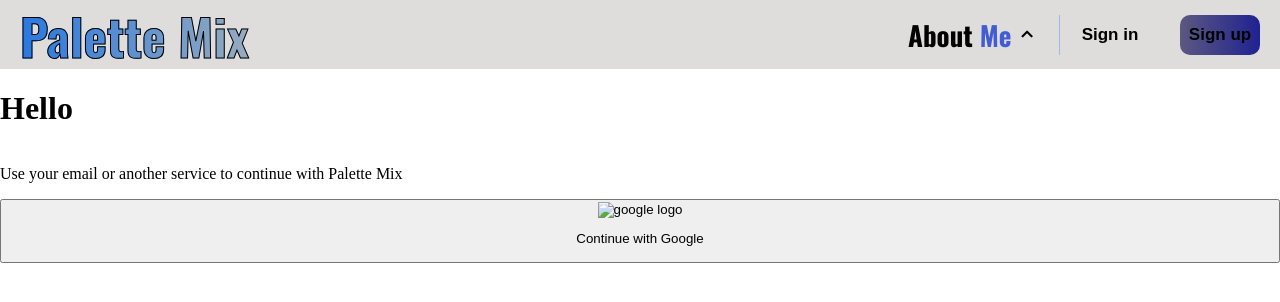
Repository: dmpelaez/Login-Signup-form
Page: Color/colorHeader.html
The author's editor kept a copy of each file at every save. The page is drawn from the files as they stood at one save, then again after the next save.
The browser window is 1280 px wide. The pictures show the window.
A layer covers the whole window, so only the first screen is drawn. Some web libraries are served in a nearby version.

Above is the page before, as saved 2025-12-13 07:02:43.

### Color/colorHeader.html
<!DOCTYPE html>

  <html lang="en" dir="ltr">

    <head>

      <title>Palette Mix</title>
      <!--Style-->
      <link rel="stylesheet" href="colorHeader.css">
      <link rel="stylesheet" href="colorMain.css">
      <link rel="stylesheet" href="https://cdnjs.cloudflare.com/ajax/libs/font-awesome/5.14.0/css/all.min.css">
    </head>
    <body>

      <header class="color-header">
        <!--Title-->
        <a href="colorHeader.html">
          <section id="title" class="color-title">
            Palette Mix
          </section>
        </a>

        <!--End-->

        <!--Right side navigation bar-->
        <section class="navigation-bar">

          <!--About me-->
          <button class="about-me">
           <span class="aboutme">About <span class="me-text">Me</span></span>
           <i class="fas fa-chevron-up"></i>

          </button>

          <!--Login & Signup form-->
          <div class="signin-signup">
            <button class="sign-in">
              Sign in
            </button>
            <button class="sign-up">
              Sign up
            </button>
          </div>
        </section>
        <!--End-->
        <div class="aboutmeSection">
          <div class="sectionAboutme">

            <img class="imageofme" alt="Creator Image" src="WIN_20241001_13_05_33_Pro.jpg">
            <P class="gd">Good day!</P>
            <p class="introduction">
              I am Delmar Galibo Pelaez, 19 years old from Manila, Philippines.
              I am a self-taught programmer who decided to study HTML, CSS and JavaScript to become
              a web developer and I'm hoping to thrive and learn more about on this field to create and serve to others.
            </p>

          </div>

          <div class="aboutThisProject">
            <h2 class="info-project">Palette Mix</h2>
            <p class="infoPalette">
              This project is only created for fun and to challenge myself to create different projects so as to improve skills in web development.
              The creation of Palette Mix started when I'm searching for a project to do because I always hear other programmers that to improve quickly and effieciently --
              you need to create your own projects. Palette Mix is about generating different colors that can be use to mix and create a great layout design for a websites!
            </p>
          </div>

          <div class="connectSection">
            <div class="contacts">
              <h2 class="connect-text">Connect:</h2>
              <a class="githubLink" href="https://github.com/dmpelaez" target="_blank">
                 <img class="github" alt="Github" src="download__1_-removebg-preview.png">
              </a>
              <a class="facebook"  href="#" target="_blank">
                <img class="fb"  alt="Facebook" src="facebook-logo (1).png">
              </a>
            </div>

          </div>

        </div>

        <!--Sign in -->

        <div class="signinPage">

          <div class="signinBox">

            <h1 class="hello-text">Hello</h1>
            <p class="email-account">
              Use your email or another service to continue with Palette Mix
            </p>

            <button class="google">
              <div class="google2">
                <img alt="google logo" href="#">
                <p class="continue-text">Continue with Google</p>
              </div>
            </button>

          </div>

        </div>


      </header>

      <main class="mainpage">

        <!--Main page-->
        <div class="main-page">

          <section class="title1">

            <h1 class="intro">Your color palettes generator!</h1>

            <h3 class="little-info">Create the perfect palette and get inspired by thousands of beautiful color schemes.</h3>
            <div class="sliding">
              <div class="colors">
              </div>
              <div class="colors2">
              </div>
              <div class="colors3">
              </div>
               <div class="colors4">
              </div>
            </div>

            <div class="colorSearch">
              <input type="color" class="colorbox">
              <Input type="text"  class="textbox">
              <img class="brush" src="brush.png">
              <img class="plate" src="plate.png">
              <img class="board" src="board.png">
                <div class="comment-section">
                  <h3 class="comment-text">Comment Here!</h3>
                  <ul class="comment-list"></ul>
                  <textarea class="comment-input" placeholder="Add Comment here..."></textarea>
                </div>
              </img>

            </div>

            <button class="generator">
              <i class="fas fa-palette"></i>
              Generate
            </button>
          </section>


        </div>

        <div class="theWhole">
          <div class="paletteText">Palette Mix</div>
          <div class="colorGenerator">
          </div>

          <div class="wholeDesign">
          <i id="leftIcon" class="fas fa-angle-left"></i>
              <div class="divBox">

            <!--Design 1-->


            <div class="divScroll">
              <div  class="div1">
                <div id="randomBox1" class="divpage1">
                  <header id="randomBox2" class="headerDiv1">Header</header>
                  <main  id="randomBox3" class="mainDiv1">
                    <div id="randomBox4" class="asideDiv1">Aside</div>
                    <div id="randomBox5" class="frontDiv1">Main</div>
                  </main>
                  <footer id="randomBox7" class="footerDiv1">Footer</footer>
                </div>
              </div>
              <!--Design 2-->
              <div  class="div2">
                <div id="randomBox1" class="divpage2">
                  <header id="randomBox2" class="headerDiv2">Header</header>
                    <div id="randomBox4" class="asideDiv2">Aside</div>
                    <div id="randomBox5" class="frontDiv2">Main</div>
                  <footer id="randomBox7" class="footerDiv2">Footer</footer>
                </div>
              </div>

              <!--Design 3-->

              <div  class="div3">
                <div id="randomBox1" class="divpage3">
                  <header id="randomBox2" class="headerDiv3">Header</header>
                    <div class="navBar">Navigation</div>
                    <div id="randomBox4" class="asideDiv3">Aside</div>
                    <div id="randomBox4" class="asideDiv32">Aside</div>
                    <div id="randomBox5" class="frontDiv3">Main</div>

                  <footer id="randomBox7" class="footerDiv3">Footer</footer>
                </div>
              </div>

            </div>
          </div>
          <i id="rightIcon"class="fas fa-angle-right"></i>



        </div>

        </div>


      </main>


      <script type="module" src="color.js"></script>

    </body>

  </html>

### Color/colorHeader.css
@import url('https://fonts.googleapis.com/css2?family=Anton&family=Oswald:wght@200..700&family=Poppins:ital,wght@0,100;0,200;0,300;0,400;0,500;0,600;0,700;0,800;0,900;1,100;1,200;1,300;1,400;1,500;1,600;1,700;1,800;1,900&family=Roboto:ital,wght@0,100..900;1,100..900&display=swap');

body {
  margin: 0;
  padding: 0;
}

.color-header {
  display: flex;
  justify-content: space-between;
  align-items: center;
  padding-left: 20px;
  padding-right: 20px;
  background: rgb(223, 220, 220);
  box-sizing: border-box;
  position: fixed;
  right: 0;
  left: 0;
  top: 0;
  height: 70px;
  border-bottom: 1px solid gray;
  z-index: 2;
}
@media (max-width: 670px) {
  .color-header {
    gap: 30px;
  }
}

a {
  text-decoration: none;
  flex-shrink: 0;
}

.color-title {
font-family: "Oswald", sans-serif;
font-weight: bold;
display: flex;
height: 50px;
font-size: 50px;
justify-content: start;
align-items: center;
-webkit-text-stroke: 1px black;
background: linear-gradient(90deg, rgb(41, 120, 224), rgb(150, 171, 190));
-webkit-background-clip: text;
-webkit-text-fill-color: transparent;
transition: all 0.3s ease;
cursor: pointer;
flex-shrink: 0;
}




.navigation-bar {
  display: Flex;
  justify-content: space-between;
  align-items: center;
  gap: 20px;
  height: 50px;
}
.signin-signup {
  display: Flex;
  border-left: 1px solid rgb(162, 183, 240);
  justify-content: space-between;
  align-items: center;
  gap: 30px;
  height: 40px;
  padding-left: 10px;
}

.sign-up {
  height: 40px;
  width: 80px;
  border-radius: 10px;
  border: none;
  background: transparent;
  color: black;
  font-family: arial;
  font-weight: bold;
  font-size: 17px;
  cursor: pointer;
  background: linear-gradient(90deg, rgb(92, 88, 129), rgb(32, 34, 145));
}
.sign-in {
  height: 40px;
  width: 80px;
  border-radius: 10px;
  border: none;
  background: transparent;
  color: black;
  font-family: arial;
  font-weight: bold;
  font-size: 17px;
  cursor: pointer;

}
.sign-in:hover,
.sign-up:hover {
background: linear-gradient(90deg, rgb(92, 88, 129), rgb(32, 34, 145));
  color: white;
}
.about-me {
  display: flex;
  justify-content: space-evenly;
  height: 40px;
  align-items: center;
  background-color: transparent;
  border: none;
  cursor: pointer;
  border-radius: 5px;
  flex-shrink: 0;
}
.about-me:hover {
  color: white;
  background: linear-gradient(90deg, rgb(92, 88, 129), rgb(32, 34, 145));
}
.aboutme {
  font-weight: bold;
  font-size: 27px;
  font-family: "Oswald";

}

.me-text {
  margin-right: 10px;
  color: rgb(66, 93, 212);
}

### Color/colorMain.css
@import url('https://fonts.googleapis.com/css2?family=Anton&family=Luckiest+Guy&family=Oswald:wght@200..700&family=Poppins:ital,wght@0,100;0,200;0,300;0,400;0,500;0,600;0,700;0,800;0,900;1,100;1,200;1,300;1,400;1,500;1,600;1,700;1,800;1,900&family=Roboto:ital,wght@0,100..900;1,100..900&display=swap');

body {
  height: 1580px;
}

.mainpage {
margin-top: 70px;
display: grid;
max-width: 1900px;
flex-shrink: 0;
position: relative;
}



.main-page {

}
.intro {
  font-weight: bold;
  font-size: 95px;
  white-space: wrap;
  font-family: "Oswald";
  flex-shrink: 0;
  display: flex;
  margin: 0px;
}


.aboutmeSection {
  display: grid;
  position: absolute;
  border: 1px solid black;
  background-color: rgb(39, 37, 37);
  left: 0;
  top: 100%;
  right: 0%;
  border-top: none;
  height: 0px;
  opacity: 1;
  justify-content: space-between;
  align-items: center;
  grid-template-columns: 1fr 1fr;
  grid-template-rows: 1fr 100px;
  overflow: hidden;
  transition: height 0.3s ease;
}


.aboutmeSection.btnDown {
  display: grid;
  opacity: 1;
  height: 520px;
  transition: height 0.3s ease;
}


.sectionAboutme {
  display: flex;
  height: 200px;
  justify-content: center;
 align-items: center;
 position: relative;
 gap: 20px;
 padding-left: 40px;
}
.imageofme {
  width: 350px;
  height: 350px;
  object-fit: cover;
  border-radius: 50%;
  display: flex;
}
.introduction {
  width: 350px;
  font-family: "Oswald";
  color: white;
  display: flex;
}
.connectSection {
  grid-column: 1 / 2 span;
  display: flex;
  background: linear-gradient(90deg, rgb(92, 88, 129), rgb(32, 34, 145));
}
.contacts {
  display: flex;
  padding-left: 20px;
  align-items: center;
}
.gd {
  font-weight: bold;
  font-size: 40px;
  white-space: nowrap;
  position: absolute;
  display: flex;
  top: -90px;
  left: 410px;
  color: white;
  font-family: "Oswald";
}

.fb {
  width: 20px;
  display: flex;
  margin-left: 20px;
}
.github {
  width: 45px;
  margin-left: 20px;
  display: flex;
}
.connect-text {
  font-family: "Oswald";
  font-size: 15px;
  display: flex;
}
.info-project {
  color: white;
  font-weight: bold;
  font-family: "Oswald";
  font-size: 40px;
  margin: 0px;
  display: flex;
  margin-right: 120px;
}
.aboutThisProject {
  display: flex;
  flex-direction: column;
  justify-content: center;
  align-items: center;
  margin-bottom: 40px;
}
.infoPalette {
  color: white;
  font-family: "Oswald";
  width: 400px;
  display: flex;
}



.title1 {
  display: flex;
  flex-direction: column;
    width: 100%;
  height: 800px;
  justify-content: start;
  position: relative;
  padding-top: 50px;
  align-items: center;
 background: linear-gradient(90deg, rgb(92, 88, 129), rgb(32, 34, 145));
 transition: background 6s ease;

}


.animate-gradient {
  animation: gradientShift 6s infinite alternate;
}

.little-info {

  font-size: 19px;
  color: rgb(0, 0, 0);
  font-family: "Poppins";
}

.letters {
  display: inline-block;
  margin: 2px;
}

.letters:hover {
  cursor: pointer;
  transition: text-shadow 0.3s ease;

  animation: wiggle 0.2s infinite alternate;
}


@keyframes wiggle {
  from {transform: translateX(0);}
  to {transform: translateX(-10px);}
}
.colors,
.colors2,
.colors3,
.colors4  {
  display: flex;

   width: 500px;
  height: 150px;
  justify-content: center;

   gap: 10px;
}
.colors div,
.colors2 div,
.colors3 div,
.colors4 div {
  display: Flex;
  height: 145px;
  flex-direction: row;
  width: 200px;
  justify-content: center;
}
.box {
  display: Flex;
  align-items: center;
  justify-content: center;
  font-weight: bold;
  font-size: 19px;
  text-transform: uppercase;
  cursor: pointer;

  border-radius: 10px;
}
.sliding {

  height: 250px;
 position: relative;
 overflow: hidden;
 margin-bottom: 20px;
}
.colors,
.colors2,
.colors3,
.colors4 {
  animation: scrollUp 6s linear infinite;

}


@keyframes scrollUp {
  0%   { transform: translateY(0); }
  25%   { transform: translateY(-50%); }
  50%   { transform: translateY(-100%); }
  75%   { transform: translateY(-150%); }
  100% { transform: translateY(-205%); }
}

.colorSearch {
  display: Flex;
  position: relative;
}
.brush {
  position: absolute;
  width: 300px;
  object-fit: cover;
  z-index: 1;
  top: -250px;
  right: -580px;
  pointer-events: none;
}
.plate {
  position: absolute;
  width: 200px;
  left: -350px;
  top: -70px;


}
.board {
  position: absolute;
  width: 600px;
  top: -330px;
  left: 230px;
  pointer-events: none;
}

.comment-section {
  position: absolute;
  right: -394px;
  bottom: -20%;
  display: flex;
  flex-direction: column;
  height: 250px;
  justify-content: end;
  text-align: center;

}
.comment-list {
position: absolute;
bottom: 10%;
display: flex;
align-items: left;
justify-content: start;

gap: 10px;
height: 140px;
width: 189px;
padding: 0;
left: -16px;
flex-direction: column;
overflow-y: scroll;
padding-left: 10px;
}
.comment-text {
  margin: 0px;
  Position: absolute;
  top: 45px;
  left: 20px;
  white-space: nowrap;
}
.comment-input {
display: flex;
position: initial;
padding-left: 10px;
text-align: middle;
align-items: center;
justify-content: center;
border-radius: 10px;
outline: none;
}
.comments {
  display: flex;
  justify-content: start;
  text-align: left;
  width: 160px;
  white-space: normal;
  word-wrap: break-word;
  word-break: break-all;
  overflow-wrap: break-word;
  border: 1px solid gray;
  padding: 10px;
  padding-right: 0px;
}


.generator {
  display: flex;
  background: blue;
  border: none;
  border-radius: 50px;
  height: 50px;
  align-items: center;
  justify-content: center;
  margin-top: 20px;
  width: 200px;
  font-family: "Oswald";
  font-size: 20px;
  color: white;
  cursor: pointer;
}
.generator i {
  margin-right: 10px;
}

.colorGenerator {
  display: flex;


  height: 200px;
  width: 100%;
  align-self: center;
 justify-self: center;
 align-items: center;
 justify-content: center;
 gap: 10px;

}
.generateColor {
  display: flex;
  border-width: 1px;
  border-radius: solid;
  width: 200px;
  height: 100px;
  justify-content: center;
  align-items: center;
  cursor: pointer;
  color: black;
}

.paletteText {
  font-weight: bold;
  font-family: "Oswald";
  font-size: 60px;
  position: absolute;
  left: 42%;
  top: 0;
  right: 50%;
  white-space: nowrap;
  top: 10px;

}

.theWhole {
  height: 100vh;
  display: flex;
  flex-direction: column;
  justify-content: center;
  align-items: center;
  position: relative;
 background: linear-gradient(90deg, rgb(92, 88, 129), rgb(32, 34, 145));
}

.divBox {
  border: 1px solid black;
  height: 400px;
  width: 600px;
  display: flex;
  align-items: center;
  justify-content: center;
  align-self: center;
  justify-self: center;
  gap: 20px;
  background-color: white;
  overflow-x: auto;
  scroll-behavior: smooth;
  position: relative;
}
.divBox::-webkit-scrollbar {
  display: none;
}
.wholeDesign {
  display: flex;
  justify-content: center;
  align-items: center;
  margin-bottom: 20px;
}


.divBox i {
  cursor: pointer;
  margin-right: 10px;
  margin-left: 10px;

}

.divScroll {
  display: flex;
  justify-content: space-evenly;
  height: 90%;
  min-width: 90%;
  position: absolute;
  left: 20px;
  background-color: white;
  gap: 30px;

}

.div1{
  display: grid;
  border: 1px solid black;
  min-height: 90%;
  width: 550px;
  flex-direction: column;
  z-index: 1;


}


.div2 {
 display: grid;
  border: 1px solid black;
  min-height: 90%;
  width: 550px;
  flex-direction: column;
  z-index: 1;

}
.div3 {
  display: grid;
  border: 1px solid black;
  min-height: 90%;
  width: 550px;
  flex-direction: column;
  z-index: 1;
  margin-right: 20px;

}





.divpage1 {
  display: flex;
   z-index: 2;
   flex-direction: column;
  height: 100%;
  min-width: 100%;
  justify-content: space-between;
  align-items: center;

}

.headerDiv1 {
  display: flex;
  align-items: center;
  justify-content: center;
  height: 40px;
  border: 1px solid black;
  min-width: 95%;
  margin-top: 5px;
  z-index: 2;
  background-color: white;
}
.mainDiv1{
  display: flex;
   z-index: 2;
  height: 70%;
  min-width: 95%;
  justify-content: space-between;

}
.footerDiv1 {
  display: flex;
  border: 1px solid black;
  min-width: 95%;
  justify-content: center;
  height: 10%;
  align-items: center;
  margin-bottom: 5px;
    z-index: 2;
    background-color: white;
}
.asideDiv1 {
  border: 1px solid black;
  min-width: 30%;
  display: flex;
  align-items: center;
  justify-content: center;
  z-index: 2;
  background-color: white;
}
.frontDiv1 {
  display: flex;
  border: 1px solid black;
  min-width: 65%;
  justify-content: center;
  align-items: center;
  z-index: 2;
  background-color: white;
}





.divpage2 {
  display: grid;
grid-template-columns: 150px 1fr 1fr 1fr;
grid-template-rows: 150px 1fr 1fr 1fr;
row-gap: 10px;
column-gap: 10px;
margin: 10px;
}
.headerDiv2 {
  grid-row: 1 / 3 span;
  display: flex;
  justify-content: center;
  align-items: center;
  border: 1px solid black;
  background-color: white;
}

.footerDiv2 {
  grid-row: 4 / 1 span;
  grid-column: 4 span;
  display: flex;
  justify-content: center;
  align-items: center;
  border: 1px solid black;
  background-color: white;
}


.frontDiv2 {
grid-column: 2 / 3 span;
grid-row: 1 / 2 span;
display: flex;
justify-content: center;
align-items: center;
border: 1px solid black;
background-color: white;
}
.asideDiv2 {
  grid-column: 2 / 3 span;
  display: flex;
  justify-content: center;
  align-items: center;
  border: 1px solid black;
  background-color: white;
}




.divpage3 {
  display: grid;
  grid-template-columns: 150px 1fr 150px;
  grid-template-rows: 50px 40px 1fr 1fr 40px;
  row-gap: 10px;
  column-gap: 10px;
  margin: 10px;

}
.headerDiv3 {
  grid-column: 1 / 3 span;
  display: flex;
  justify-content: center;
  align-items: center;
  border: 1px solid black;
  background-color: white;
}
.navBar {
  grid-column: 1 / 3 span;
  display: flex;
  justify-content: center;
  align-items: center;
  border: 1px solid black;
background-color: white;
}
.asideDiv3 {
  display: flex;
  border: 1px solid black;
  justify-content: center;
  align-items: center;
background-color: white;
}
.asideDiv32 {
  display: Flex;
  border: 1px black solid;
  grid-row: 4;
  justify-content: center;
  align-items: center;
  background-color: white;
}
.frontDiv3 {
  display: flex;
  justify-content: center;
  align-items: center;
  border: 1px solid black;
  grid-row: 3 / 2 span;
  grid-column: 2 / 2 span;
  background-color: white;
}
.footerDiv3 {
  display: Flex;
  align-items: center;
  justify-content: center;
  border: 1px solid black;
  grid-column: 1 / 3 span;
  background-color: white;
}




#leftIcon {
  cursor: pointer;
  color: white;
  margin-right: 20px;
  padding: 20px;
}
#rightIcon {
  cursor: pointer;
  margin-left: 20px;
  padding: 20px;
 color: white;
}


.signinPage {
  position: absolute;
  top: 100%;
  height: 100vh;
  left: 0;
  right: 0;
  background: white;
}

.signinBox {
  display: grid;
}

Loaded but not shown: Color/color.js (475 lines, source omitted)

After the next save:
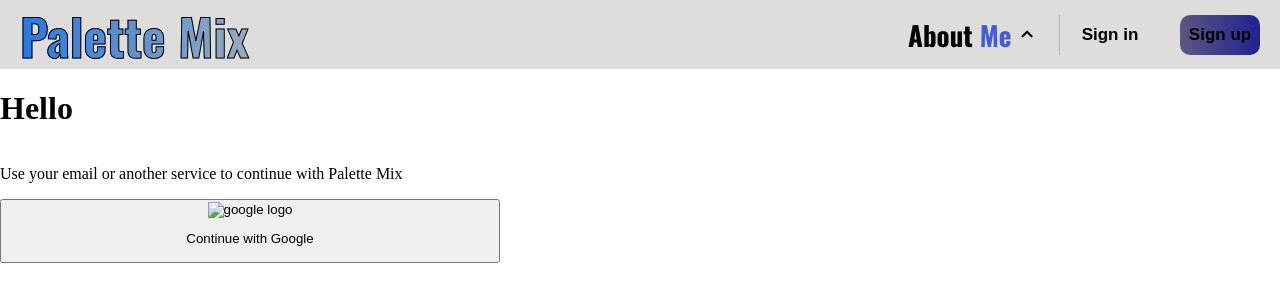
Saved 9 s later.
--- a/Color/colorMain.css
+++ b/Color/colorMain.css
@@ -675,4 +675,5 @@ background-color: white;
 
 .signinBox {
   display: grid;
-}
+  width: 500px;
+}
